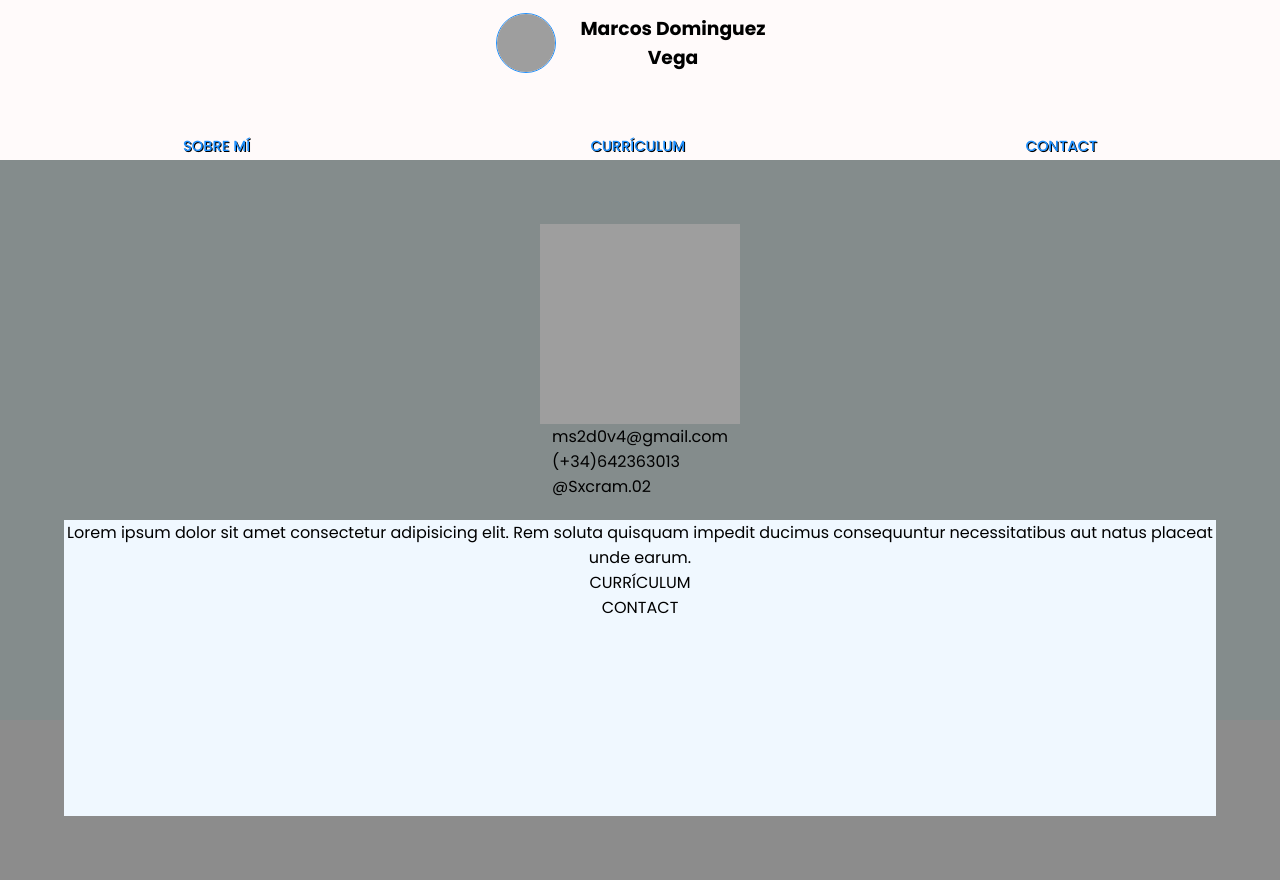
Repository: Sxcram02/Portfoliov.2
Page: index.html
An editor plug-in stored every save of this project. The page is shown before and after a run of saves, followed by the edit.
The browser window is 1280 px wide. The pictures show the whole page.
Pictures or frames that could not be fetched are drawn as grey boxes.

Above is the page before, as saved 2023-04-11 00:18:40.

After the next 2 saves:
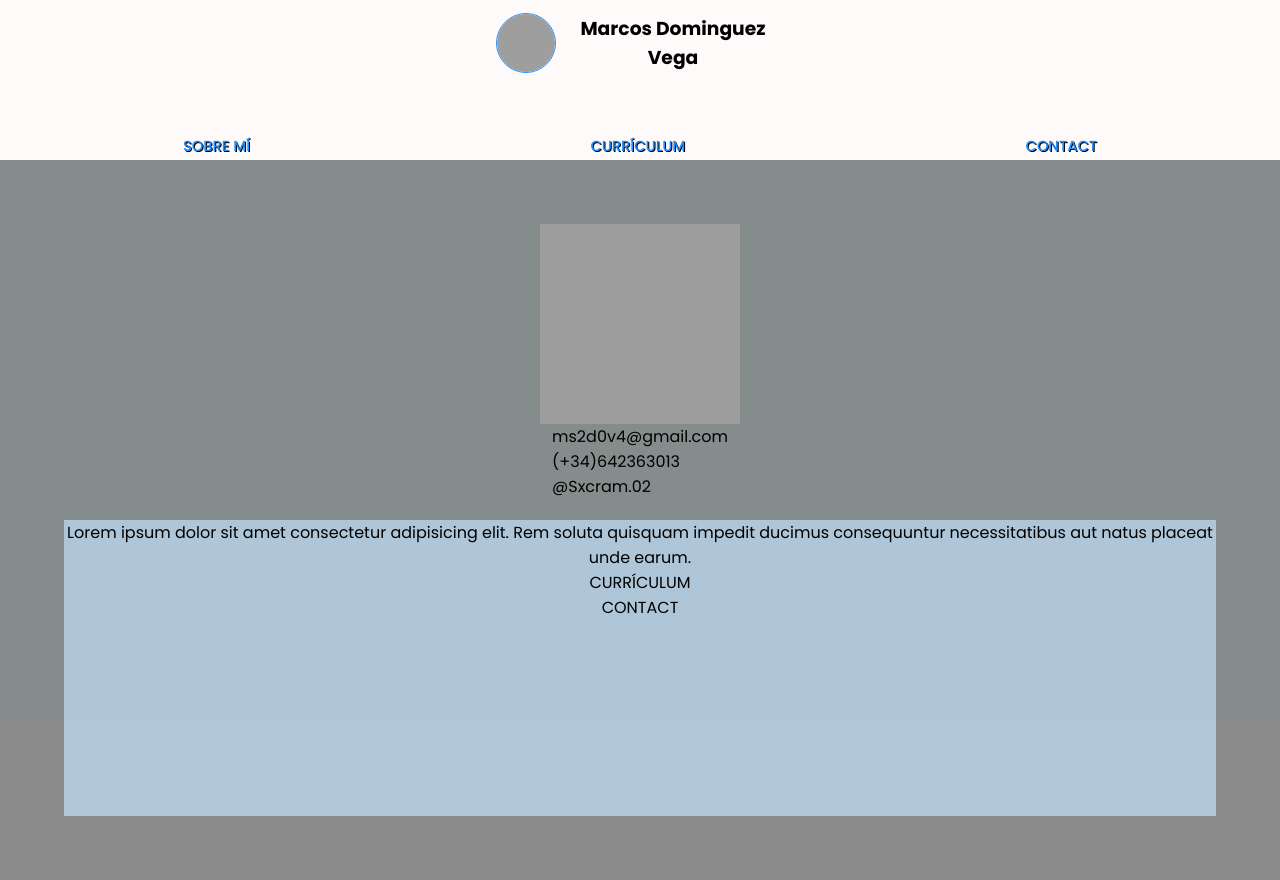
The 2 saves are shown as one change because they came seconds apart.
The last was saved 34 s later.
--- a/css/style.css
+++ b/css/style.css
@@ -97,5 +97,5 @@ main {
     grid-column: 1/2;
     grid-row: 2/3;
     text-align: center;
-    background-color: aliceblue;
+    background-color: rgba(195, 227, 254, 0.67);
 }
